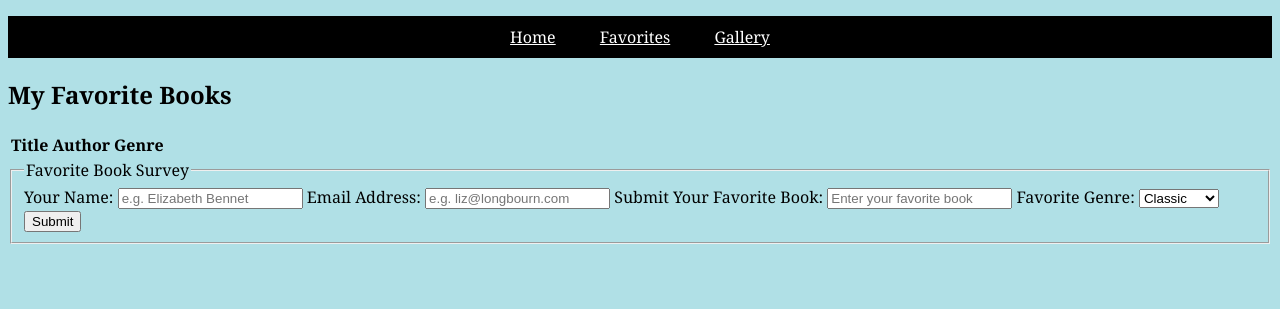
Repository: Brittany-Westlund/WebDesign
Page: Assignment3/favorites.html
An editor plug-in stored every save of this project. The page is shown before and after the next save, followed by the edit.
The browser window is 1280 px wide. The pictures show the whole page.

Above is the page before, as saved 2025-06-03 23:18:01.

After the next save:
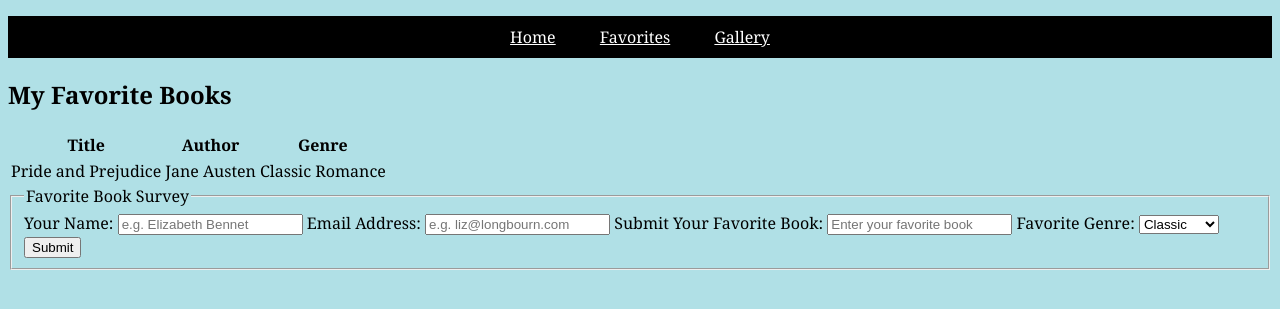
Saved 10 min 35 s later.
--- a/Assignment3/favorites.html
+++ b/Assignment3/favorites.html
@@ -25,7 +25,11 @@
     <th>Genre</th>
   </tr>
  <tbody>
-<!-- Table content goes here -->
+  <tr>
+    <td>Pride and Prejudice</td>
+    <td>Jane Austen</td>
+    <td>Classic Romance</td>
+  </tr>
  </tbody>
 </table>
 
